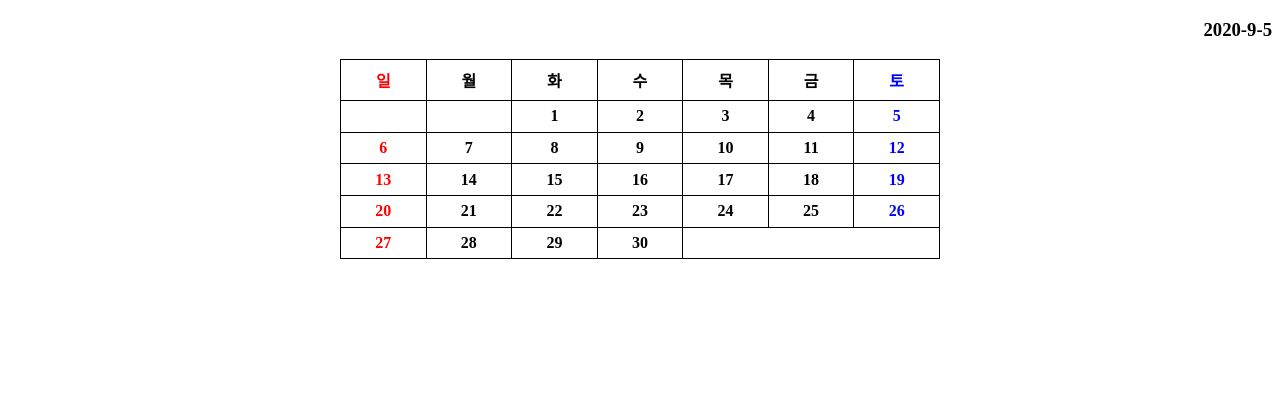
Repository: gyungmean/2020_2_webProgramming
Page: http://localhost/week6/Practice19/Practice19.jsp
The author's editor kept a copy of each file at every save. The page is drawn from the files as they stood at one save, then again after the next save.
The browser window is 1280 px wide. The pictures show the whole page.
The page is served by Tomcat 9.

Above is the page before, as saved 2020-10-26 14:04:06.

### week6/week6/WebContent/Practice19/Practice19.jsp
<%--컴퓨터학과 20190941 김경민 --%>
<%--최적 실행화면 : Eclipse built-in --%>
<%@ page language="java" contentType="text/html; charset=UTF-8"
    pageEncoding="UTF-8"%>
<!DOCTYPE html>
<html>
<head>
<title>calendar.jsp</title>
<style>
	table.cal {
		width: 600px;
	    height: 200px;
	    border: 1px solid black;
	    border-collapse: collapse;
  	}
  	th.cal, td.cal {
    	border: 1px solid black;
    	text-align: center;
    	font-weight: bold;
  	}
  	h3 {
  		text-align : right;
  	}
</style>
</head>
<body>
<%@ page import="java.util.Calendar" %>
<%!
	public String parseDay(int cnt, String day){
		if(cnt == 7){
			return "<font color=\"blue\">" + day + "</font>";
		}
		else if(cnt == 1){
			return "<font color=\"red\">" + day + "</font>";
		}
		return "<font color=\"black\">" + day + "</font>";
	}
%>
<%
	Calendar today = Calendar.getInstance();

	int year = today.get(Calendar.YEAR);
	int month = today.get(Calendar.MONTH) + 1;
	Calendar cal = Calendar.getInstance();;
	cal.set(year, month - 1, 1);
	int date = today.get(Calendar.DATE);

	out.println("<h3>" + year + "-" + month + "-" + date + "</h3>");

	cal.set(year, month - 1, 1);
	int day = cal.get(Calendar.DAY_OF_WEEK);
	int day_count = 0;
	String[] day_word = {"일", "월" , "화", "수", "목", "금", "토"};

	out.println("<div align=\"center\">");
	out.println("<table class=\"cal\">");
	out.println("<tr class=\"cal\">");
		for(int i = 1; i <= 7; i++){
			out.println("<td class=\"cal\">" + parseDay(i, day_word[i - 1]) + "</td>");
		}
	out.println("</tr>");
	out.println("<tr class=\"cal\">");
		for(int i = 1; i < day; i++){
			out.println("<td class=\"cal\">&nbsp;</td>");
			day_count++;
		}
		for(int i = 1; i <= cal.getActualMaximum(Calendar.DAY_OF_MONTH); i++){
			if(day_count % 7 == 0){
				out.println("</tr>");
				out.println("<tr class=\"cal\">");
			}
			out.println("<td class=\"cal\">"+ parseDay(day_count % 7 + 1 , Integer.toString(i)) + "</td>");
			day_count++;
		}
		out.println("</tr>");
	out.println("</table>");
	out.println("</div>");

%>
</body>
</html>

After the next save:
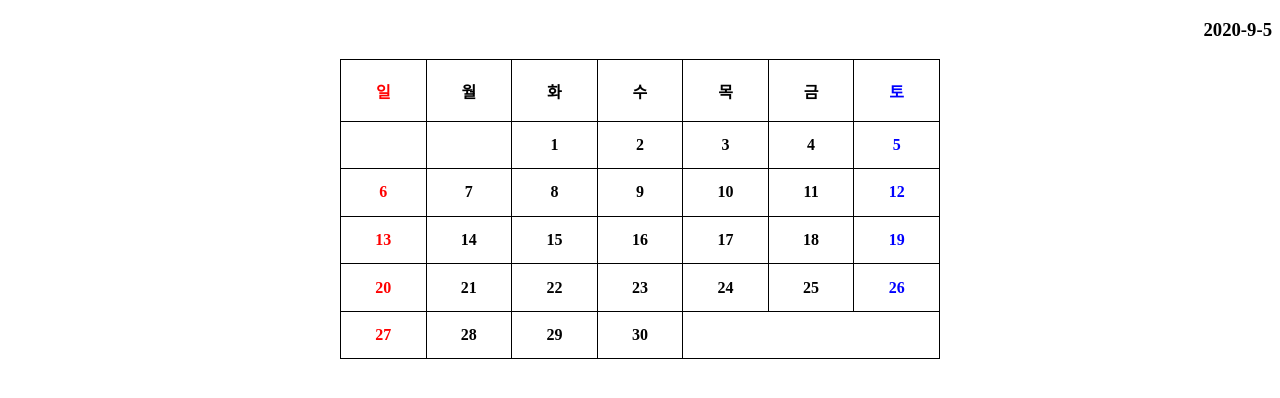
Saved 13 s later.
--- a/week6/week6/WebContent/Practice19/Practice19.jsp
+++ b/week6/week6/WebContent/Practice19/Practice19.jsp
@@ -9,7 +9,7 @@
 <style>
 	table.cal {
 		width: 600px;
-	    height: 200px;
+	    height: 300px;
 	    border: 1px solid black;
 	    border-collapse: collapse;
   	}
